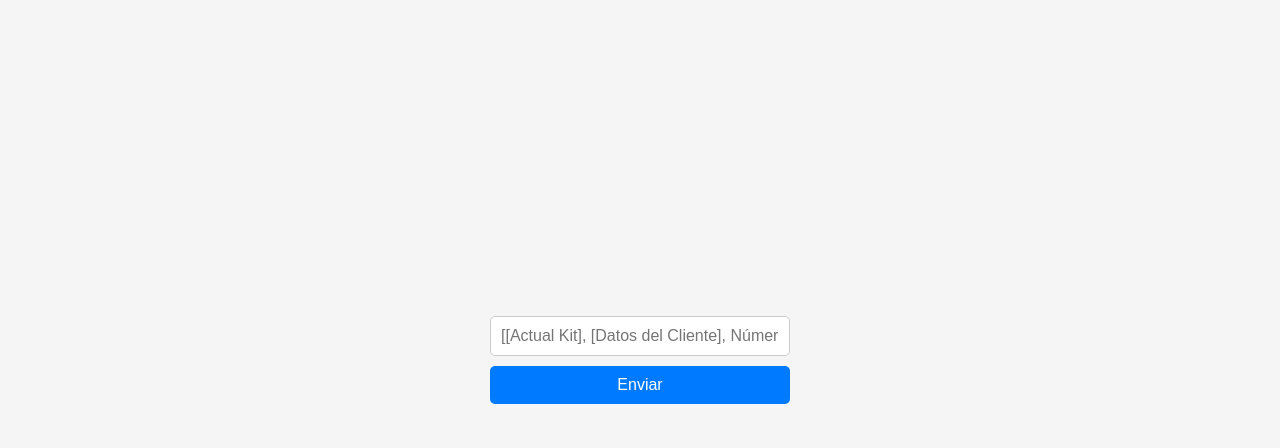
Repository: aCoupon0/intranet
Page: 1/venta-1.html
An editor plug-in stored every save of this project. The page is shown before and after the next save, followed by the edit.
The browser window is 1280 px wide. The pictures show the whole page.

Above is the page before, as saved 2024-11-29 12:03:00.

After the next save:
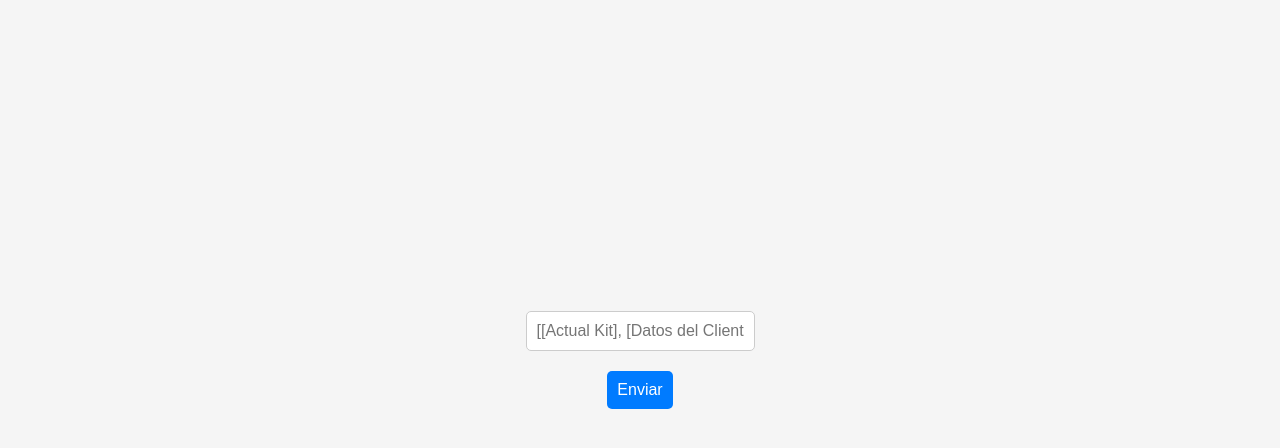
Saved 109 s later.
--- a/1/venta-1.html
+++ b/1/venta-1.html
@@ -7,16 +7,13 @@
     <link rel="stylesheet" href="css/venta.css">
 </head>
 <body>
-    <form>
-        <!-- Input de texto con el placeholder solicitado -->
-        <input
-            type="text"
-            placeholder="[[Actual Kit], [Datos del Cliente], Número de Pedido, Cobro, Método de Pago]"
-            class="input-texto"
-            required>
+    <!-- Input de texto grande -->
+    <input
+        type="text"
+        placeholder="[[Actual Kit], [Datos del Cliente], Número de Pedido, Cobro, Método de Pago]"
+        class="input-texto">
 
-        <!-- Botón Enviar -->
-        <button type="submit" class="boton-enviar">Enviar</button>
-    </form>
+    <!-- Botón separado del input -->
+    <button class="boton-enviar">Enviar</button>
 </body>
 </html>
